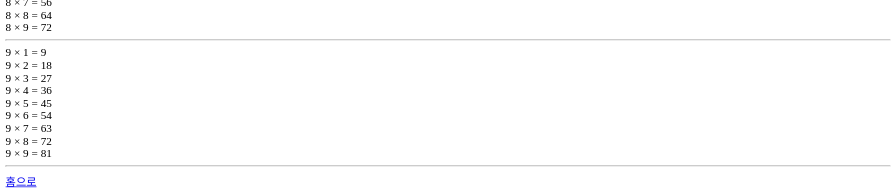
Repository: juhyung1/java_edu_web
Page: http://localhost/BackEnd_02_JSP/03_gugu.jsp
These files come from the project's save history. The page is drawn as it stood at one moment and after the next save; the edit follows.
The browser window is 1280 px wide. The pictures show the part of the page from y = 1268 to 3188 px (the page is 1547 px tall before and 4139 px after), at 70% of full size.
The page is served by Tomcat 9.

Above is the page before, as saved 2026-10-07 00:32:51.

### BackEnd_02_JSP/src/main/webapp/03_gugu.jsp
<%@ page language="java" contentType="text/html; charset=UTF-8"
	pageEncoding="UTF-8"%>
<%--
	===========================================================
	03_gugu.jsp  -  구구단 (스크립트릿 + HTML 함께 쓰기)
	-----------------------------------------------------------
	[학습 포인트]
	- 스크립트릿은 여러 조각으로 나누어 쓸 수 있다.
	  자바의 for 문 "안쪽" 에 HTML 태그를 그대로 넣을 수 있다.
	- 중괄호 { } 의 짝과 <% %> 의 짝을 함께 맞추는 것이 핵심!
	  (짝이 어긋나면 500 오류가 발생한다)
	===========================================================
--%>
<!DOCTYPE html>
<html>
<head>
<meta charset="UTF-8">
<title>구구단 출력</title>
</head>
<body>
	<h2>구구단</h2>
	<%
		for(int i = 2; i < 10; i++) {
			for(int j = 1; j < 10; j++) {
				out.print(i + " × " + j + " = " + (i*j) + "<br>");
			}
			out.print("<hr>");
		}





	%>

	<a href="index.html">홈으로</a>
</body>
</html>

After the next save:
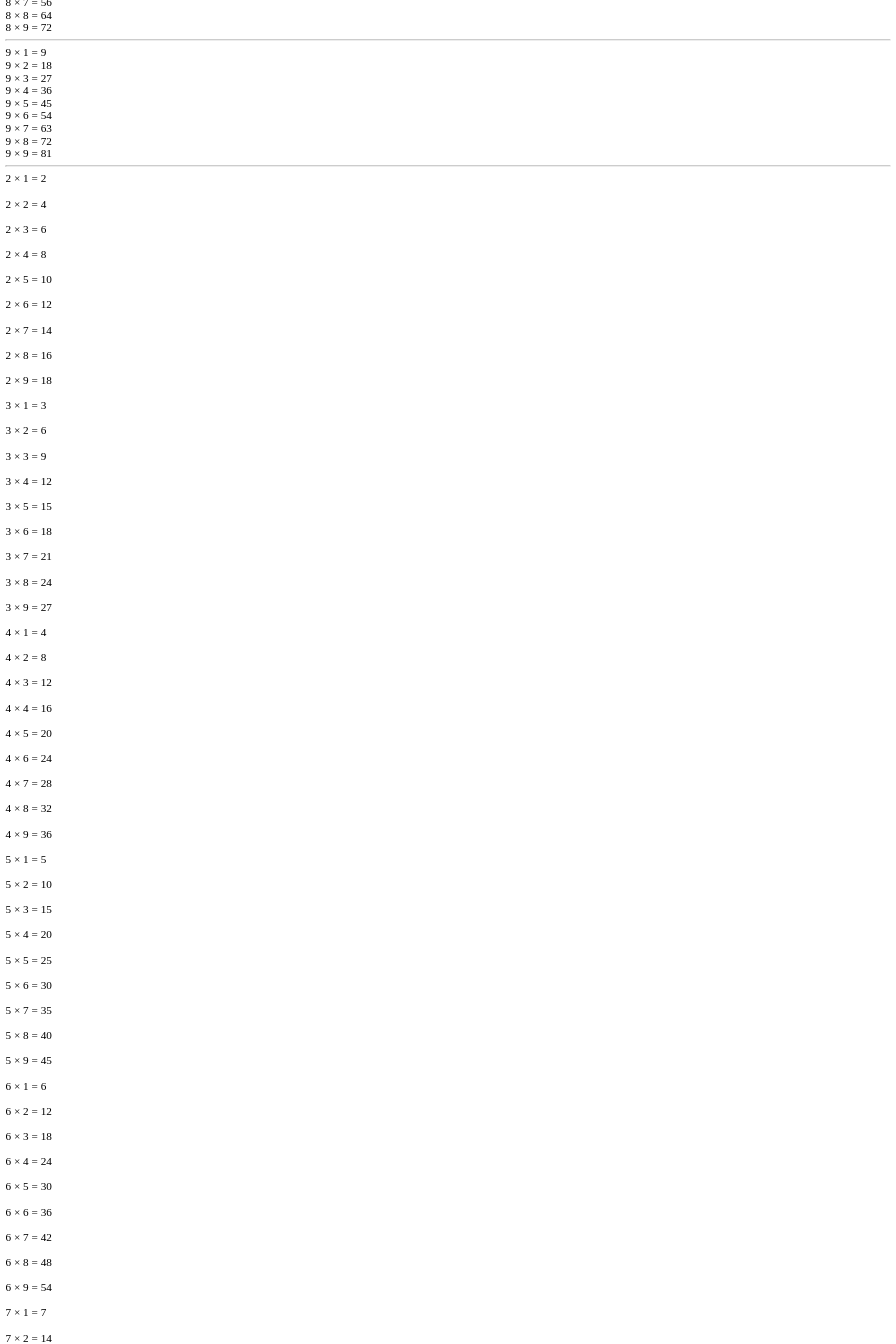
Saved 80 s later.
--- a/BackEnd_02_JSP/src/main/webapp/03_gugu.jsp
+++ b/BackEnd_02_JSP/src/main/webapp/03_gugu.jsp
@@ -26,11 +26,17 @@
 			}
 			out.print("<hr>");
 		}
+	%>
 
-
-
-
-
+	<%
+		for(int i = 2; i < 10; i++) {
+			for(int j = 1; j < 10; j++) {
+				out.print(i + " × " + j + " = " + (i*j) + "<br>");
+	%>
+	<br>
+	<%
+			}
+		}
 	%>
 
 	<a href="index.html">홈으로</a>
